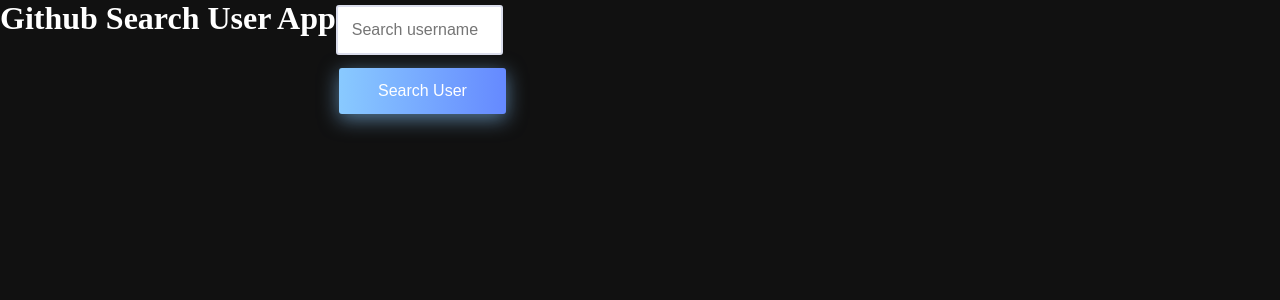
Repository: solox-cyber/Github-search-user
Page: index.html
These files come from the project's save history. The page is drawn as it stood at one moment and after the next save; the edit follows.
The browser window is 1280 px wide. The pictures show the whole page.

Above is the page before, as saved 2023-03-25 18:52:16.

### index.html
<!DOCTYPE html>
<html lang="en">

<head>
    <meta charset="UTF-8">
    <meta http-equiv="X-UA-Compatible" content="IE=edge">
    <meta name="viewport" content="width=device-width, initial-scale=1.0">
    <title>Github Search User Using Github API</title>
    <link rel="stylesheet" href="style.css">
</head>

<body>
    <div class="container">
        <h1>
            Github Search User App
        </h1>
        <form id="myForm" autocomplete="off">
            <div class="form-group">
                <input type="text" name="" class="form-control" placeholder="Search username" id="search" required>
            </div>
            <div class="form-group">
                <button class="btn btn-danger btn-block">
                    Search User
                </button>
            </div>
        </form>

    <div id="result"></div>
    </div>


        <script src="script.js"></script>
</body>

</html>

### style.css
*{
    margin: 0;
    padding: 0;
    box-sizing: border-box;
}

body{
    background-color: #111;
    color: #fff;
    width: 100%;
    height:100vh
}
.container{
    position: relative;
    display:flex;
    jus

}


input,
    button {
      width: 70%;
      border: none;
      padding: 14px;
      border-radius: 3px;
      margin: 3px;
      justify-content: center;
    }

    input {
        border: 2px solid #DADDEC;
        margin: 5px 0 10px;
        font-size: 1rem;
        color: #656880;
      }

      button {
        background-image: linear-gradient(to right, #89CAFF, #6589FF);
        display: block;
        color: #fff;
        font-size: 1rem;
        cursor: pointer;
        box-shadow: 0 5px 20px #89caff94;
        transition: box-shadow .3s ease-in-out;
      }

      button:hover {
        box-shadow: none;
      }

### script.js
var form = document.getElementById("myForm");

form.addEventListener('submit', function(e){
e.preventDefault();

var search = document.getElementById("search").value;

var originalName = search.split(' ').join(' ');

document.getElementById("result").innerHTML = "";
fetch("https://api.github.com/users/"+originalName)
.then(result=>result.json())
.then(data => {
    console.log(data);
    document.getElementById('result').innerHTML =`
   <a target="_blank" href="https://www.github.com/${originalName}"> <img src="${data.avatar_url}"/></a>
    `
})



})

After the next save:
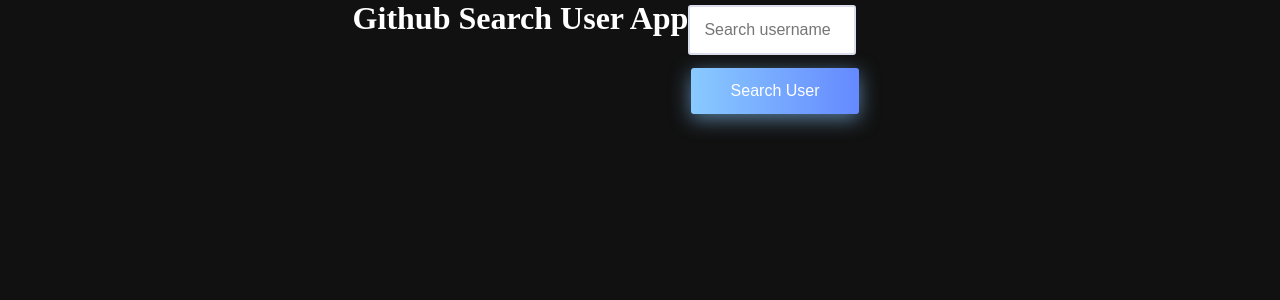
Saved 6 s later.
--- a/style.css
+++ b/style.css
@@ -13,7 +13,8 @@
 .container{
     position: relative;
     display:flex;
-    jus
+    justify-content:center;
+
 
 }
 
